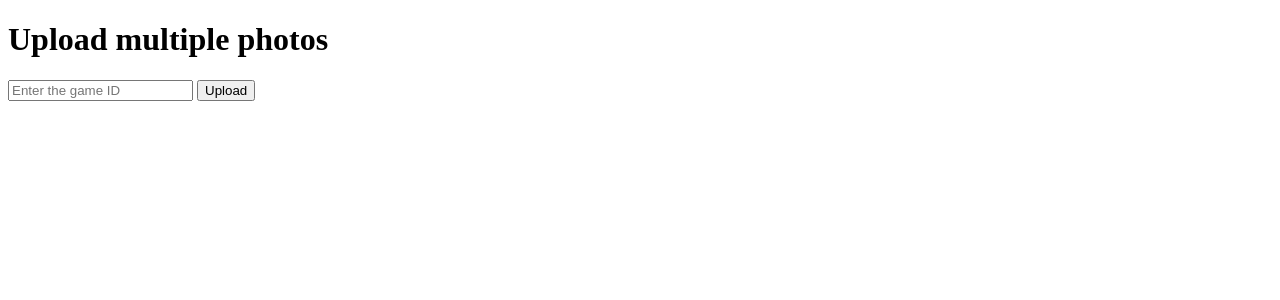
Repository: Mesablip/Mesablip.github.io
Page: http://localhost/
These files come from the project's save history. The page is drawn as it stood at one moment and after the next save; the edit follows.
The browser window is 1280 px wide. The pictures show the whole page.
The page is served by the project's application, run on Flask 3 (backend.py).

Above is the page before, as saved 2023-09-04 23:18:42.

After the next save:
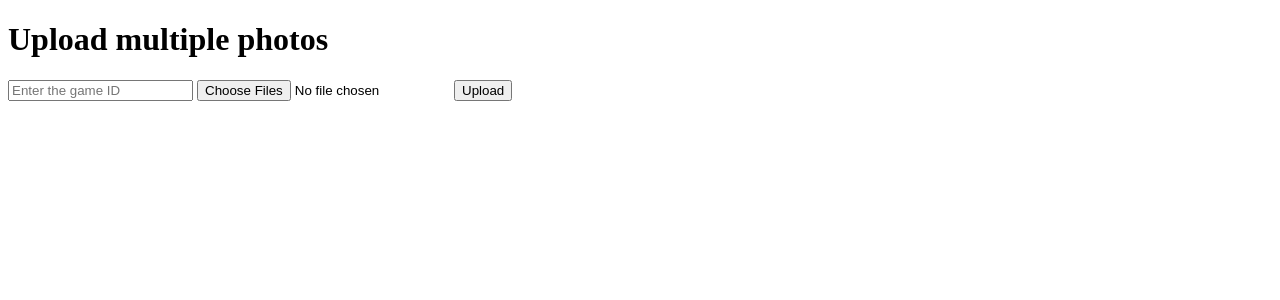
Saved 10 s later.
--- a/templates/frontend.html
+++ b/templates/frontend.html
@@ -8,7 +8,7 @@
 <h1>Upload multiple photos</h1>
 
 <form enctype="multipart/form-data" action="" method="post" id="upload-form">
-  <input type="text" id="game-id" placeholder="Enter the game ID"
+  <input type="text" id="game-id" placeholder="Enter the game ID">
   <input type="file" name="photos" multiple id="photos-input">
   <input type="button" value="Upload" onclick="uploadPhotos()">
 </form>
